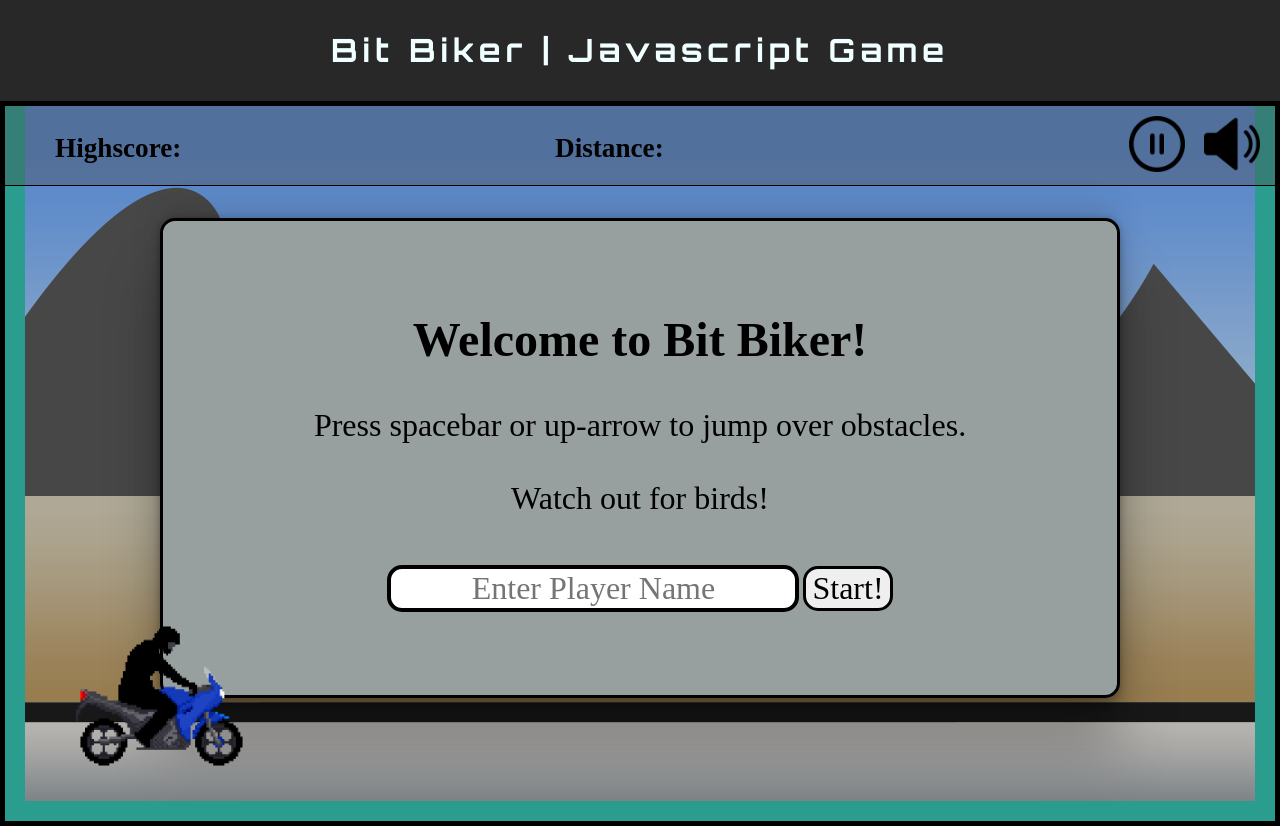
Repository: jellymel0n/bit-biker
Page: index.html
These files come from the project's save history. The page is drawn as it stood at one moment and after the next save; the edit follows.
The browser window is 1280 px wide. The pictures show the whole page.

Above is the page before, as saved 2021-07-18 20:08:28.

### index.html
<!DOCTYPE html>
<html lang="en">
<head>
    <meta charset="UTF-8">
    <meta http-equiv="X-UA-Compatible" content="IE=edge">
    <meta name="viewport" content="width=device-width, initial-scale=1.0">
    <!-- Google Fonts -->
    <link rel="preconnect" href="https://fonts.googleapis.com">
    <link rel="preconnect" href="https://fonts.gstatic.com" crossorigin>
    <link href="https://fonts.googleapis.com/css2?family=Orbitron:wght@400;700&display=swap" rel="stylesheet">
    <!-- CSS reset/normalize -->
    <link rel="stylesheet" href="styles/normalize-fwd.css">
    <!-- Local CSS -->
    <link rel="stylesheet" href="styles/styles.css">
    <title>Bit Biker | Javascript Game</title>
</head>
<body>
    <h1>Bit Biker | Javascript Game</h1>

    <main id="game-board">
        <div id="song">
            <audio id='song-playback' currentTime=''>
                <source src="assets/music/run-song.mp3" type="audio/mp3" />
                Your browser does not support audio playback.
            </audio>
        </div>
        <!-- Game board header -->
        <div id='game-header'>
            <div class="highscore-container">
                <p id='highscore-text'>Highscore:   </p>
                <p id="highScore-get"></p>
            </div>

            <div class="distance-container">
            <p id='distance-text'>Distance:   </p>
            <p id="distance-num"></p>
            </div>

            <div id='btn-pause'>
                <img src="assets/graphics/icons/pause.png" alt="pause button, circle around a pause icon">
            </div>
            <div id='btn-volume'>
                <img src="assets/graphics/icons/volume.png" alt="volume button, speaker icon">
            </div>
            <div id="btn-mute">
                <img src='assets/graphics/icons/mute.png' alt='mute button, speaker icon crossed out'>
            </div>
        </div>
        <!-- End of game board header -->

        <!-- Splash screen - intro -->
        <div id='splash-screen'>
            <h2 id='splash-header'>Welcome to Bit Biker!</h2>
            <p id='splash-text'>Press spacebar or up-arrow to jump over obstacles.<br><br>Watch out for birds!</p>

            <div id="splashInput">
                <input id='player-name' type='text' placeholder='Enter Player Name' required>
                <button id='savePlayer'>Start!</button>
            </div>
        </div>
        <!-- End of splash screen -->

        <!-- Pause Screen -->
        <div id="pause-screen">
            <h2>Game Paused</h2>
            <p id='pause-text'>
                To get gameplay instructions click the "Help" button<br>
                To quit the game and go back to the splash screen click "Quit".<br>
                To go back to the game, click "X" in the top corner.</p>
            <div id="pause-close">
                <img src="assets/graphics/icons/remove.png" alt="Close icon, an X with a circle around it.">
            </div>
            <div id="pause-btns">
                <div id="help-btn">
                    <p id="help-btn-text">Help</p>
                </div>
                <div id="quit-btn">
                    <p id="quit-text">Quit</p>
                </div>
            </div>
        </div>
        <!-- End of Pause Screen -->

        <!-- Help Screen -->
        <div id="help-screen">
            <h2>Gameplay Instructions</h2>
            <p id='help-text'>
                Press the spacebar to jump, hold to jump higher.
                <br>
                Avoid obstacles in the road as well as birds flying above.<br>
                Rocks cannot hurt you, only spiked blocks and birds can.
                <br>
                To mute, click the speaker icon in the top corner.
            </p>
            <div id="help-btns">
                <div id="resume-btn">
                    <p>Resume</p>
                </div>
                <div id="help-quit-btn">
                    <p id="quit-text">Quit</p>
                </div>
            </div>
        </div>
        <!-- End of Help Screen -->

        <!-- Game Over Screen -->
        <div id="gOver-screen">
            <h2>Game Over!</h2>
            <p id='gOver-text'>
                That's the way of the road. Try again.
                <br><br>
            </p>
            <p id='gOver-distance'></p>
            <p id="highscoreCheck"></p>
            <div id="gOver-btns">
                <div id="play-again-btn">
                    <p>Play Again</p>
                </div>
                <div id="gOver-quit-btn">
                    <p id="quit-text">Quit</p>
                </div>
            </div>
        </div>

        <!-- End of Game Over Screen -->

        <!-- Game Complete Screen -->
        <div id="complete-screen">
            <h2>Congratulations!</h2>
            <p id='complete-text'>
                You've traversed the deadliest road.
                <br><br>
            </p>
            <p id='complete-distance'></p>
            <p id="completeHSCheck"></p>
            <div id="complete-btns">
                <div id="complete-play-again-btn">
                    <p>Play Again</p>
                </div>
                <div id="complete-quit-btn">
                    <p id="quit-text">Quit</p>
                </div>
            </div>
        </div>

        <!-- End of Game Complete Screen -->

    </main>

<!-- jQuery CDN script-->
<script src="https://code.jquery.com/jquery-3.6.0.min.js" integrity="sha256-/xUj+3OJU5yExlq6GSYGSHk7tPXikynS7ogEvDej/m4=" crossorigin="anonymous"></script>
<!-- Local JS script -->
<script src='scripts/script.js'></script>
</body>
</html>

### styles/styles.css
body {
    background-color: rgb(40, 40, 40);
    z-index: -2;
}

h1 {
    font-family: 'Orbitron', sans-serif;
    color: azure;
    text-align: center;
    margin: 2rem auto;
    letter-spacing: 5px;
}

#game-board {
    width: 80rem;
    height: 725px;
    border: 5px solid black;
    /* border-radius: 10%; */
    margin: 0 auto;
    position: relative;
    overflow: hidden;
}

#game-board:before {
    content: " ";
    position: absolute;
    z-index: -1;
    top: -50px;
    left: -20px;
    right: -20px;
    bottom: -20px;
    border: 40px solid #2A9D8F;
    border-radius: 18px;
}

/* Game board header */
div#game-header {
    display: flex;
    justify-content: space-around;
    width: 100%;
    height: 5rem;
    background-color: rgba(1, 255, 255, 0.297);
    background-color: rgba(74, 74, 74, 0.366);
    border-bottom: 1px solid black;
}

#highscore-text,
#distance-text,
#distance-num,
#highScore-get {
    position: absolute;
}

#highscore-text {
    font-size: 1.7rem;
    left: 50px;
    font-weight: bold;
}

#distance-text {
    font-size: 1.7rem;
    left: 550px;
    font-weight: bold;
}

#distance-num {
    font-size: 1.7rem;
    left: 660px;
    top: 1px;
    font-weight: bold;
    margin-left: 0.5rem;
}

#highScore-get {
    font-size: 1.7rem;
    left: 178px;
    font-weight: bold;
    margin-left: 0.5rem;
}



#btn-pause img {
    position: absolute;
    width: 3.5rem;
    right: 90px;
    top: 10px;
}

#btn-pause img:hover {
    transform: scale(1.1);
    cursor: pointer;
}

#btn-volume img,
#btn-mute img {
    position: absolute;
    width: 3.5rem;
    right: 15px;
    top: 10px;
}

#btn-volume img:hover,
#btn-mute img:hover  {
    transform: scale(1.1);
    cursor: pointer;
}

#btn-mute {
    display: none;
}

/* end of game board header */

/* Splash screen styles */
#splash-screen {
    width: 60rem;
    height: 30rem;
    z-index: 5;
    margin: 2rem auto;
    border: 3px solid black;
    border-radius: 15px;
    align-content: center;
    background-color: rgb(152, 159, 159);
    box-shadow: rgba(0, 0, 0, 0.25) 0px 54px 55px, rgba(0, 0, 0, 0.12) 0px -12px 30px, rgba(0, 0, 0, 0.12) 0px 4px 6px, rgba(0, 0, 0, 0.17) 0px 12px 13px, rgba(0, 0, 0, 0.09) 0px -3px 5px;
}

#splash-screen h2 {
    text-align: center;
    font-size: 3rem;
}

#splash-text {
    text-align: center;
    font-size: 2rem;
    margin: 0 1rem;
}

#splashInput {
    text-align: center;
    margin-top: 3rem;
}

input[type=text] {
    border: 4px solid black;
    border-radius: 15px;
    font-size: 2rem;
    margin: 0 auto 2rem auto;
    text-align: center;
}

button#savePlayer {
    font-size: 2rem;
    color: black;
    border: 3px solid black;
    border-radius: 15px;
}

button#savePlayer:hover {
    transform: scale(1.1);
    cursor: pointer;
}
/* End of splash screen styles */

/* Pause and Help screen styles */

#pause-screen,
#help-screen,
#gOver-screen,
#complete-screen {
    display: none;
    position: relative;
    z-index: 3;
    width: 60rem;
    height: 30rem;
    margin: 2rem auto;
    border: 3px solid black;
    border-radius: 15px;
    align-content: center;
    background-color: rgb(152, 159, 159);
    box-shadow: rgba(0, 0, 0, 0.25) 0px 54px 55px, rgba(0, 0, 0, 0.12) 0px -12px 30px, rgba(0, 0, 0, 0.12) 0px 4px 6px, rgba(0, 0, 0, 0.17) 0px 12px 13px, rgba(0, 0, 0, 0.09) 0px -3px 5px;
}

#pause-screen h2,
#help-screen h2,
#gOver-screen h2,
#complete-screen h2 {
    text-align: center;
    font-size: 3rem;
}

#pause-text,
#help-text,
#gOver-text,
#gOver-distance,
#highscoreCheck,
#complete-text,
#complete-distance,
#completeHSCheck {
    text-align: center;
    font-size: 2rem;
    margin: 0 1rem;
}

#pause-close img {
    position: absolute;
    width: 3.5rem;
    left: 15px;
    top: 15px;
}

#pause-close img:hover {
    transform: scale(1.1);
    cursor: pointer;
}

#pause-btns,
#help-btns,
#gOver-btns,
#complete-btns{
    display: flex;
    justify-content:center;
    margin-top: 3.6rem;
}

#help-btn,
#quit-btn,
#resume-btn,
#help-quit-btn,
#play-again-btn,
#gOver-quit-btn,
#complete-play-again-btn,
#complete-quit-btn {
    border: solid 3px black;
    text-align: center;
    width: 17%;
    border-radius: 10px;
    /* height: 4rem; */
    font-size: 2rem;
    vertical-align: middle;
    font-weight: bold;
    margin: 0 3rem 0 3rem;
}

#help-btn:hover,
#quit-btn:hover,
#resume-btn:hover,
#help-quit-btn:hover,
#play-again-btn:hover,
#gOver-quit-btn:hover,
#complete-quit-btn:hover,
#complete-play-again-btn:hover {
    transform: scale(1.1);
    cursor: pointer;
    background-color: black;
    color: azure;
}

/* End of Screen Styles */

/* Game Objects */
.player {
    position: absolute;
    background-size: contain;
    transform-origin: center center;
}

.obstacle {
    position: absolute;
    background-size: contain;
}

.bg-layer {
    position: absolute;
}

.bg-prop {
    position: absolute;
    background-size: contain;
}

Loaded but not shown: styles/normalize-fwd.css (library); scripts/script.js (751 lines, source omitted)

After the next save:
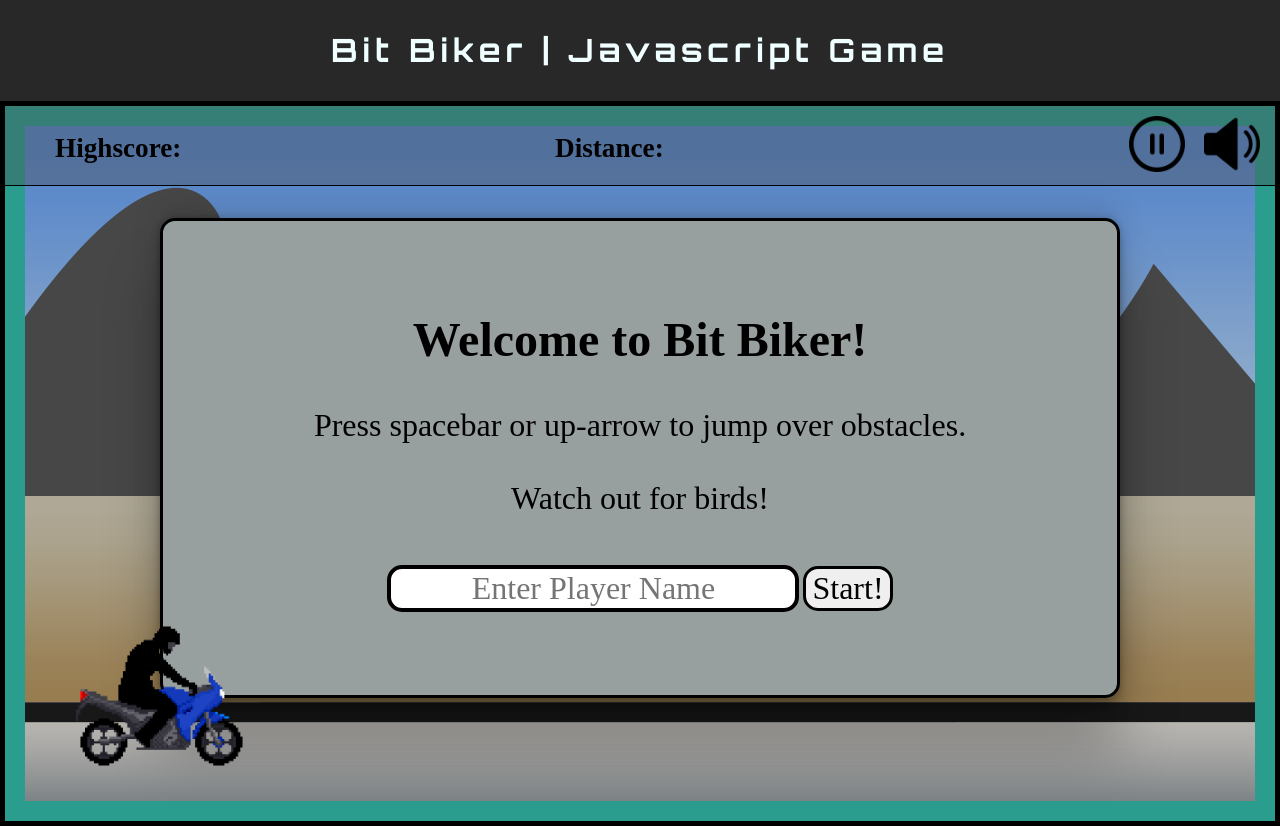
Saved 7 s later.
--- a/styles/styles.css
+++ b/styles/styles.css
@@ -25,7 +25,7 @@ h1 {
     content: " ";
     position: absolute;
     z-index: -1;
-    top: -50px;
+    top: -20px;
     left: -20px;
     right: -20px;
     bottom: -20px;
